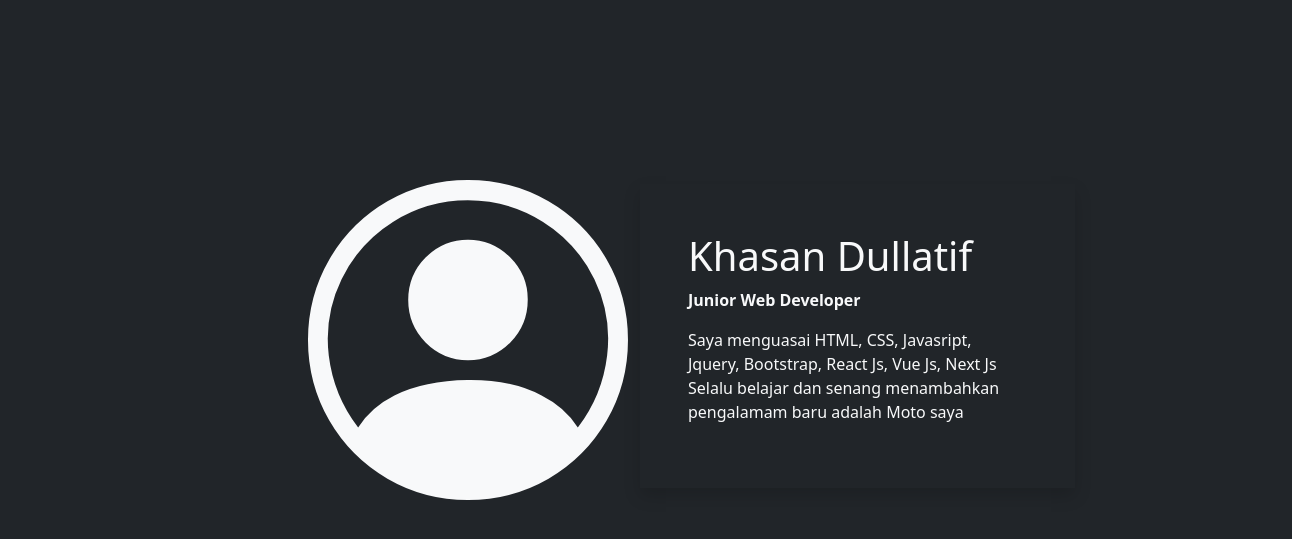
Repository: AHSANS354/MSIB5-Mini-Project
Page: http://localhost/admin/about.php
An editor plug-in stored every save of this project. The page is shown before and after the next save, followed by the edit.
The browser window is 1280 px wide. The page is 1292 px wide, so the pictures cover 1292 px, including what lies to the right of the window. The pictures show the whole page.
The page is run by PHP 8.4 with error messages shown; the project is at /var/www/html/.

Above is the page before, as saved 2023-10-04 23:26:42.

### admin/about.php
<!DOCTYPE html>
<html lang="en">
  <head>
    <meta charset="utf-8" />
    <meta name="viewport" content="width=device-width, initial-scale=1" />
    <title>Tugas PHP 1</title>
    <link href="https://cdn.jsdelivr.net/npm/bootstrap@5.3.2/dist/css/bootstrap.min.css" rel="stylesheet" integrity="sha384-T3c6CoIi6uLrA9TneNEoa7RxnatzjcDSCmG1MXxSR1GAsXEV/Dwwykc2MPK8M2HN" crossorigin="anonymous" />
    <link rel="stylesheet" href="https://cdn.jsdelivr.net/npm/bootstrap-icons@1.11.1/font/bootstrap-icons.css" />
  </head>
  <?php
  $home = 'Home';
  $porto = 'portofolio';
  $kontak = 'Contact';
  $nama = 'Khasan Dullatif';
  $pekerjaan = 'Junior Web Developer';
  $foter = 'Khasan Dullatif || 2023';
  $konten = "Saya menguasai HTML, CSS, Javasript, Jquery, Bootstrap, React Js, Vue Js, Next Js <br />
  Selalu belajar dan senang menambahkan pengalamam baru adalah Moto saya"
  ?>
  <body class="bg-dark">
    <div class="home">
      <div class="row mt-5 pt-5 d-flex align-items-center">
        <div class="col-6 d-flex justify-content-end">
          <i class="bi bi-person-circle text-light" style="font-size: 20rem"></i>
        </div>
        <div class="col-4 shadow p-5 text-light">
          <h1><?= $nama ?></h1>
          <p><strong><?= $pekerjaan ?></strong></p>
          <p>
            <?= $konten ?>
          </p>
        </div>
      </div>
    </div>
    <script src="https://cdn.jsdelivr.net/npm/bootstrap@5.3.2/dist/js/bootstrap.bundle.min.js" integrity="sha384-C6RzsynM9kWDrMNeT87bh95OGNyZPhcTNXj1NW7RuBCsyN/o0jlpcV8Qyq46cDfL" crossorigin="anonymous"></script>
  </body>
</html>

After the next save:
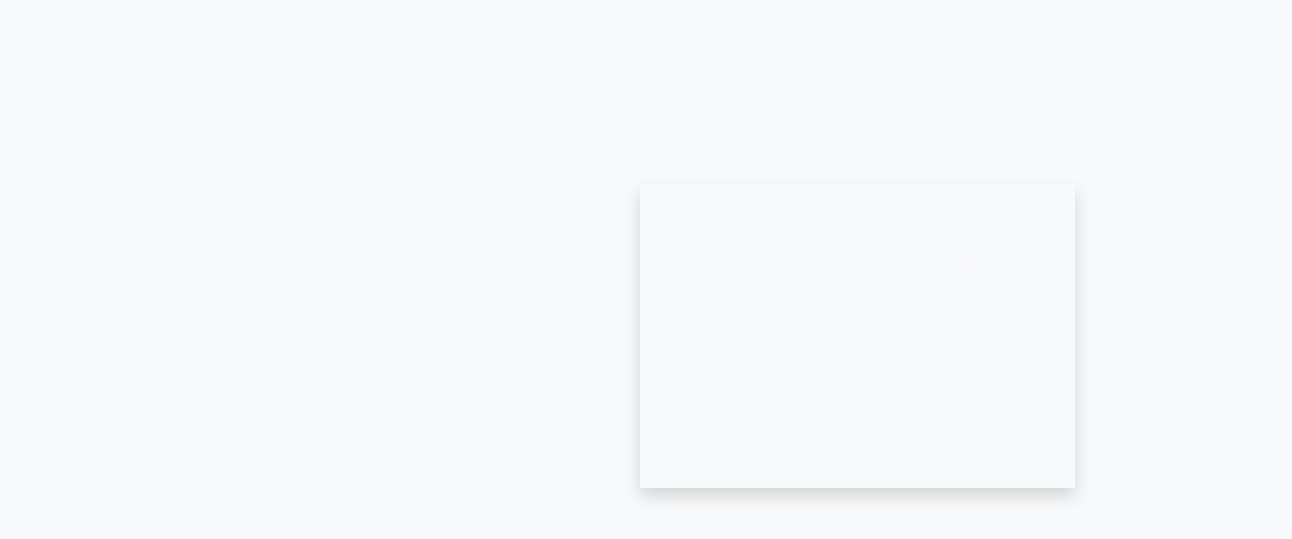
Saved 35 s later.
--- a/admin/about.php
+++ b/admin/about.php
@@ -17,7 +17,7 @@
   $konten = "Saya menguasai HTML, CSS, Javasript, Jquery, Bootstrap, React Js, Vue Js, Next Js <br />
   Selalu belajar dan senang menambahkan pengalamam baru adalah Moto saya"
   ?>
-  <body class="bg-dark">
+  <body class="bg-light">
     <div class="home">
       <div class="row mt-5 pt-5 d-flex align-items-center">
         <div class="col-6 d-flex justify-content-end">
